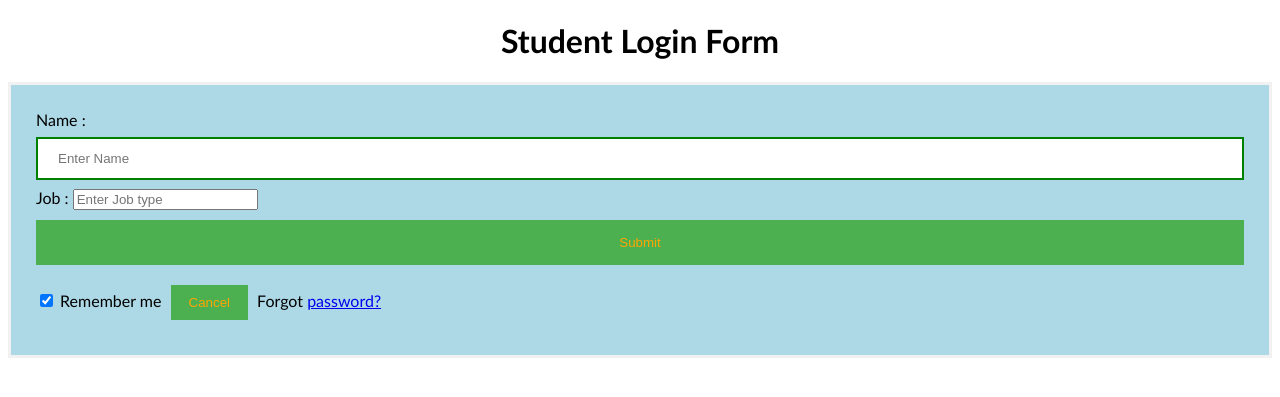
Repository: jiteshsingh1/jsp-servlet
Page: Helloworld/src/main/webapp/welcome.html
The author's editor kept a copy of each file at every save. The page is drawn from the files as they stood at one save, then again after the next save.
The browser window is 1280 px wide. The pictures show the whole page.

Above is the page before, as saved 2022-04-11 06:24:55.

### Helloworld/src/main/webapp/welcome.html
<!DOCTYPE html>
<html>
<head>
<meta name="viewport" content="width=device-width, initial-scale=1">
<title> Register Page </title>
<style>
Body {
  font-family: Calibri, Helvetica, sans-serif;
  background-color: white;
}
button {
       background-color: #4CAF50;
       width: 100%;
        color: orange;
        padding: 15px;
        margin: 10px 0px;
        border: none;
        cursor: pointer;
         }
 form {
        border: 3px solid #f1f1f1;
    }
 input[type=text], input[type=password] {
        width: 100%;
        margin: 8px 0;
        padding: 12px 20px;
        display: inline-block;
        border: 2px solid green;
        box-sizing: border-box;
    }
 button:hover {
        opacity: 0.7;
    }
  .cancelbtn {
        width: auto;
        padding: 10px 18px;
        margin: 10px 5px;
    }


 .container {
        padding: 25px;
        background-color: lightblue;
    }
</style>
</head>
<body>
    <center> <h1> Student Login Form </h1> </center>
    <form >
        <div class="container">
            <label>Name : </label>
            <input type="text" placeholder="Enter Name" name="Name" required>
            <label>Job : </label>
            <input type="Job Type" placeholder="Enter Job type" name="password" required>
            <button type="submit">Submit</button>
            <input type="checkbox" checked="checked"> Remember me
            <button type="button" class="cancelbtn"> Cancel</button>
            Forgot <a href="#"> password? </a>
        </div>
    </form>
</body>
</html>

After the next save:
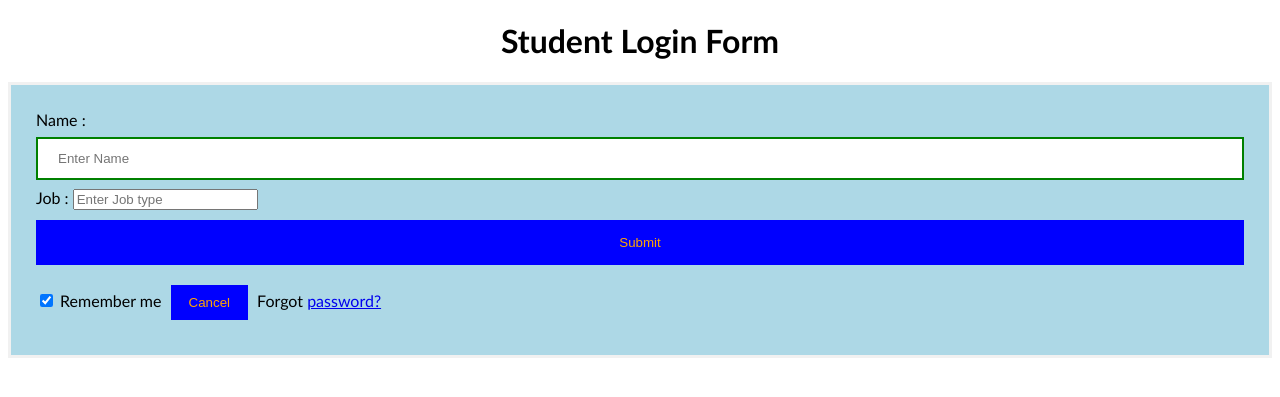
Saved 58 s later.
--- a/Helloworld/src/main/webapp/welcome.html
+++ b/Helloworld/src/main/webapp/welcome.html
@@ -9,7 +9,7 @@ Body {
   background-color: white;
 }
 button {
-       background-color: #4CAF50;
+       background-color:blue;
        width: 100%;
         color: orange;
         padding: 15px;
